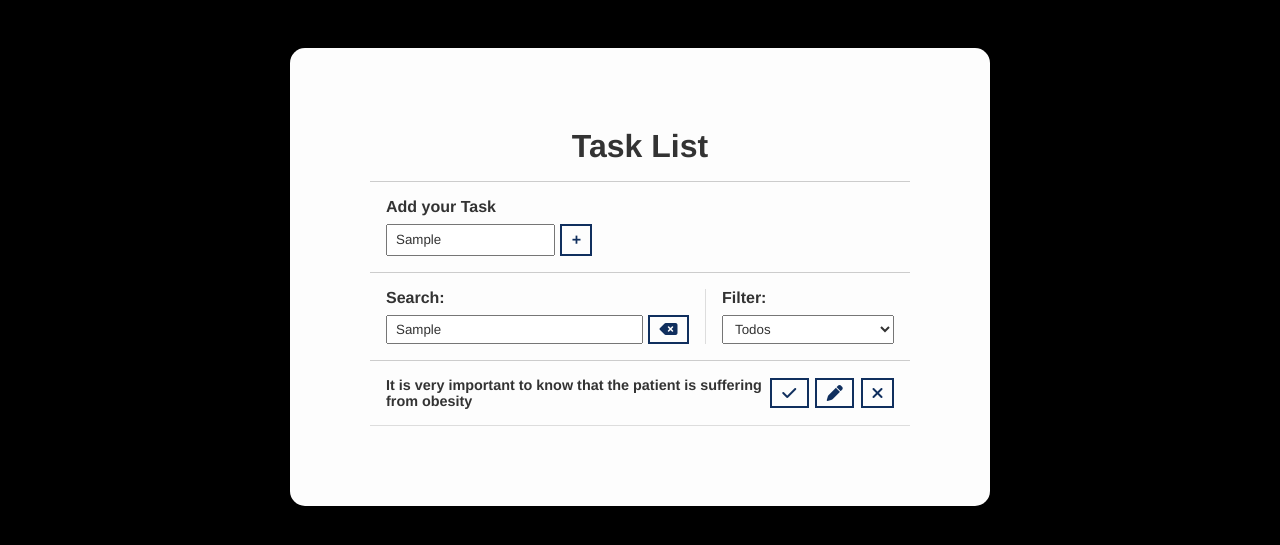
Repository: bek77g/todoList-vanillaJS
Page: index.html
These files come from the project's save history. The page is drawn as it stood at one moment and after the next save; the edit follows.
The browser window is 1280 px wide. The pictures show the whole page.
Empty fields were first filled with sample values (such as "Sample", 5 or name@example.com).
After loading, the first visible `#search-input` was changed once.
Some web libraries are served in a nearby version.

Above is the page before, as saved 2023-01-23 11:53:54.

### index.html
<!DOCTYPE html>
<html lang="en">
  <head>
    <meta charset="UTF-8" />
    <meta http-equiv="X-UA-Compatible" content="IE=edge" />
    <meta name="viewport" content="width=device-width, initial-scale=1.0" />
    <title>TodoList JS</title>
    <link rel="stylesheet" href="src/css/style.css" />
  </head>
  <body>
    <link
      rel="stylesheet"
      href="https://cdnjs.cloudflare.com/ajax/libs/font-awesome/6.1.2/css/all.min.css"
      integrity="sha512-1sCRPdkRXhBV2PBLUdRb4tMg1w2YPf37qatUFeS7zlBy7jJI8Lf4VHwWfZZfpXtYSLy85pkm9GaYVYMfw5BC1A=="
      crossorigin="anonymous"
      referrerpolicy="no-referrer"
    />

    <div class="todo-container">
      <header>
        <h1>Task List</h1>
      </header>
      <form id="todo-form">
        <p>Add your Task</p>
        <div class="form-control">
          <input type="text" id="todo-input" placeholder="What will you do?" />
          <button type="submit">
            <i class="fa-thin fa-plus"></i>
          </button>
        </div>
      </form>
      <div id="toolbar">
        <div id="search">
          <h4>Search:</h4>
          <form>
            <input type="text" id="search-input" />
            <button id="erase-button">
              <i class="fa-solid fa-delete-left"></i>
            </button>
          </form>
        </div>
        <div id="filter">
          <h4>Filter:</h4>
          <select id="filter-select">
            <option value="all">Todos</option>
            <option value="done">Done</option>
            <option value="todo">Todo</option>
          </select>
        </div>
      </div>
      <div id="todo-list">
        <!-- <div class="todo done">
          <h3>
            It is very important to know that the patient is suffering from
            obesity
          </h3>
          <button class="finish-todo">
            <i class="fa-solid fa-check"></i>
          </button>
          <button class="edit-todo">
            <i class="fa-solid fa-pen"></i>
          </button>
          <button class="remove-todo">
            <i class="fa-solid fa-xmark"></i>
          </button>
        </div> -->
      </div>
    </div>
    <script src="src/js/app.js"></script>
  </body>
</html>

### src/css/style.css
/*geral*/
* {
  padding: 0;
  margin: 0;
  font-family: Helvetica;
  color: #333;
  box-sizing: border-box;
}

body {
  background-color: black;
}

button {
  background-color: #fdfdfd;
  color: #102f5e;
  border: 2px solid #102f5e;
  padding: 0.3rem 0.6rem;
  font-size: 1rem;
  cursor: pointer;
  display: flex;
  justify-content: center;
  align-items: center;
  transition: 0.4s;
}

button:hover {
  background-color: #102f5e;
  color: #fff;
}

button:hover > i {
  color: #fff;
}

button i {
  color: #102f5e;
  font-weight: bold;
  pointer-events: none;
}

.remove-todo:hover {
  background-color: red;
}

input,
select {
  padding: 0.25rem 0.5rem;
}

.hide {
  display: none;
}

/*TODO HEADER*/

.todo-container {
  max-width: 700px;
  margin: 3rem auto;
  background-color: #fdfdfd;
  padding: 5rem;
  border-radius: 15px;
}

.todo-container header {
  text-align: center;
  padding: 0 1rem 1rem;
  border-bottom: 1px solid #ccc;
}

/* TODO FORM*/

#todo-form,
#edit-form {
  padding: 1rem;
  border-bottom: 1px solid #ccc;
}

#todo-form p,
#edit-form p {
  margin-bottom: 0.5rem;
  font-weight: bold;
}

.form-control {
  display: flex;
}

.form-control input {
  margin-right: 0.3rem;
}

#cancel-edit-btn {
  margin-top: 1rem;
}

/* TODO TOOLBAR */

#toolbar {
  padding: 1rem;
  border-bottom: 1px solid #ccc;
  display: flex;
}

#toolbar h4 {
  margin-bottom: 0.5rem;
}

#search {
  border-right: 1px solid #ddd;
  padding-right: 1rem;
  margin-right: 1rem;
  width: 65%;
  display: flex;
  flex-direction: column;
}

#search form {
  display: flex;
}

#search input {
  width: 100%;
  margin-right: 0.3rem;
}

#filter {
  width: 35%;
  display: flex;
  flex-direction: column;
}

#filter select {
  flex: 1;
}

/* TODO LIST */

.todo {
  display: flex;
  justify-content: space-around;
  align-items: center;
  padding: 1rem;
  border-bottom: 1px solid #ddd;
  transition: 0.3s;
}

.todo h3 {
  flex: 1;
  font-size: 0.9rem;
}

.todo button {
  margin-left: 0.4rem;
}

.done {
  background-color: #395169;
}

.done h3 {
  color: #fff;
  text-decoration: line-through;
  font-style: italic;
}

### src/js/app.js
let todoData = [
  {
    key: 1,
    text: 'It is very important to know that the patient is suffering from obesity ',
    isDone: false,
    isEditable: false,
  },
];

let searchValue = '';

//elements
const todoForm = document.querySelector('#todo-form');
const todoInput = document.querySelector('#todo-input');
const todoList = document.querySelector('#todo-list');
const searchInput = document.querySelector('#search-input');

const showTodosData = () => {
  todoList.innerHTML = '';
  todoData.forEach(({ key, text, isDone, isEditable }) => {
    todoList.innerHTML += `
        <div class="todo ${isDone ? 'done' : ''}">
          <h3>
            ${text}
          </h3>
          <button class="finish-todo">
            <i class="fa-solid fa-check"></i>
          </button>
          <button class="edit-todo">
            <i class="fa-solid fa-pen"></i>
          </button>
          <button class="remove-todo">
            <i class="fa-solid fa-xmark"></i>
          </button>
        </div>
    `;
  });
};

const addTodo = (text) => {
  let todoBody = {
    key: new Date().getTime(),
    text: text,
    isDone: false,
    isEditable: false,
  };
  todoData.push(todoBody);
  todoInput.value = '';
  todoInput.focus();
  showTodosData(todoData);
};

todoForm.addEventListener('submit', (e) => {
  e.preventDefault();

  const inputValue = todoInput.value;

  if (inputValue) {
    addTodo(inputValue);
  }
});

searchInput.addEventListener('input', (e) => {
  let value = e.target.value;
  if (value) {
    searchValue = value;
  }
});

showTodosData();

After the next save:
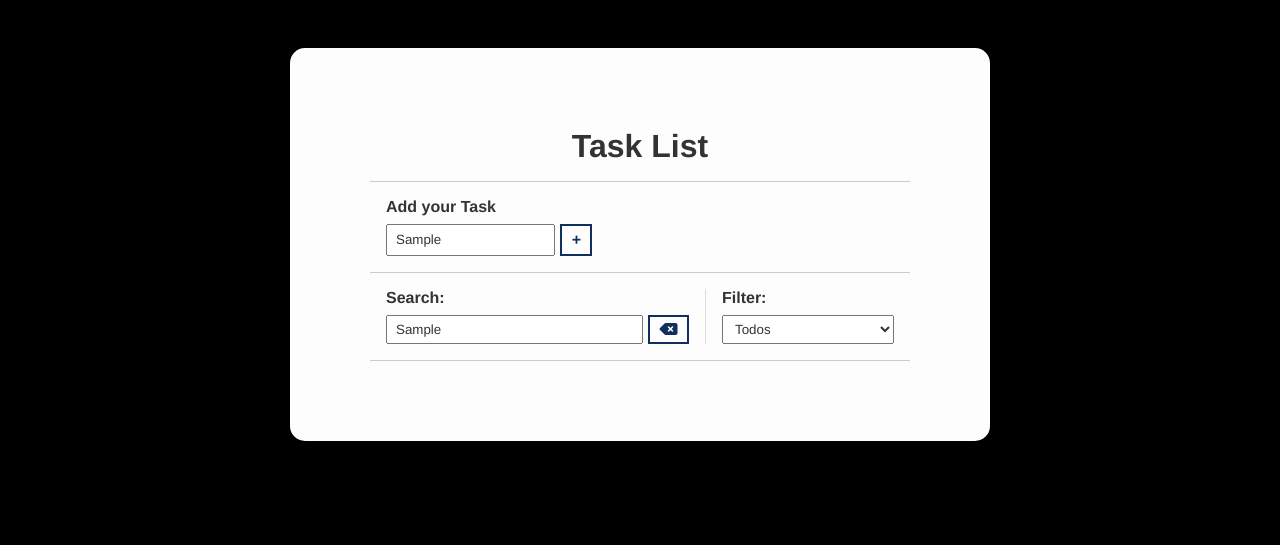
Saved 71 s later.
--- a/src/js/app.js
+++ b/src/js/app.js
@@ -17,8 +17,10 @@ const searchInput = document.querySelector('#search-input');
 
 const showTodosData = () => {
   todoList.innerHTML = '';
-  todoData.forEach(({ key, text, isDone, isEditable }) => {
-    todoList.innerHTML += `
+  todoData
+    .filter((todo) => todo.text.includes(searchValue))
+    .forEach(({ key, text, isDone, isEditable }) => {
+      todoList.innerHTML += `
         <div class="todo ${isDone ? 'done' : ''}">
           <h3>
             ${text}
@@ -34,7 +36,7 @@ const showTodosData = () => {
           </button>
         </div>
     `;
-  });
+    });
 };
 
 const addTodo = (text) => {
@@ -64,6 +66,7 @@ searchInput.addEventListener('input', (e) => {
   let value = e.target.value;
   if (value) {
     searchValue = value;
+    showTodosData();
   }
 });
 
